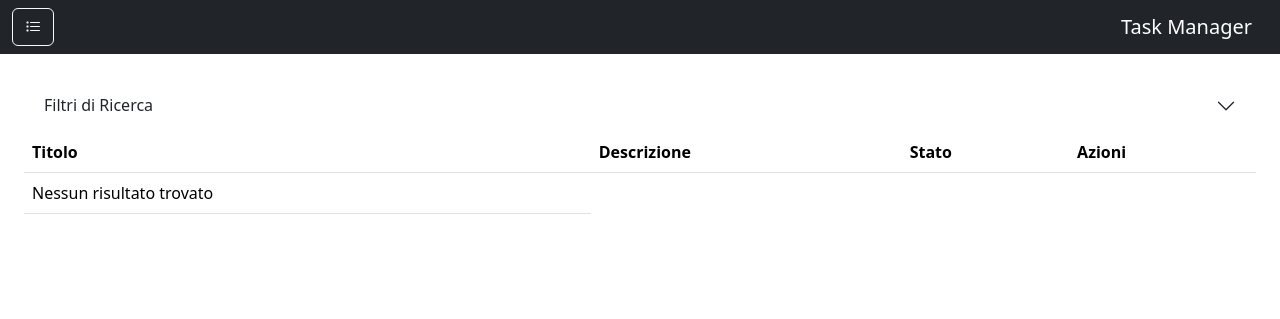
Repository: Barrakude/Angular_Project
Page: /task-list (app in test-finale/)
An editor plug-in stored every save of this project. The page is shown before and after the next save, followed by the edit.
The browser window is 1280 px wide. The pictures show the whole page.
The page's requests for data from a server got no answer. The project was rebuilt for these pictures with package versions that can differ from the ones it lists, and the page was loaded fresh each time. No one was signed in, and anything a server would have sent is missing. Also part of the build but not shown: test-finale/angular.json, test-finale/src/app/features/board/board.component.ts, test-finale/src/app/features/board/doing/doing.component.ts, test-finale/src/app/shared/components/task-card/task-card.component.ts, test-finale/src/app/shared/interfaces/itask.ts, test-finale/src/app/features/board/done/done.component.ts, test-finale/src/app/features/board/todo/todo.component.ts.

Above is the page before, as saved 2025-06-24 10:28:24.

### test-finale/src/index.html
<!doctype html>
<html lang="en">
<head>
  <meta charset="utf-8">
  <title>TaskManagementFe</title>
  <base href="/">
  <meta name="viewport" content="width=device-width, initial-scale=1">
  <link rel="icon" type="image/x-icon" href="favicon.ico">
</head>
<body>
  <tmg-root></tmg-root>
</body>
</html>

### test-finale/src/app/app.config.ts
import { ApplicationConfig, provideZoneChangeDetection } from '@angular/core';
import { provideRouter } from '@angular/router';

import { routes } from './app.routes';
import { provideHttpClient } from '@angular/common/http';

export const appConfig: ApplicationConfig = {
  providers: [
    provideZoneChangeDetection({ eventCoalescing: true }),
    provideRouter(routes),
    provideHttpClient()
  ]
};
// http client lo lascio , vi da errore se non rifate npm i

### test-finale/src/app/app.component.ts
import { Component } from '@angular/core';
import { RouterOutlet } from '@angular/router';
@Component({
  selector: 'tmg-root',
  imports: [
    RouterOutlet,
  ],
  templateUrl: './app.component.html',
  styleUrl: './app.component.scss'
})
export class AppComponent {
  title = 'task-management-fe';
}

### test-finale/src/app/app.routes.ts
import { Routes } from '@angular/router';
import { BoardComponent } from './features/board/board.component';
import { TaskListComponent } from './features/task-list/task-list.component';
import { LayoutComponent } from './core/layout/layout.component';

export const routes: Routes = [

    {
        path:'',
        component:LayoutComponent,
        children:[
            {path:'', redirectTo:'/board',pathMatch:'full'},
            {path:'board', component:BoardComponent},
            {path:'task-list', component:TaskListComponent}
        ]
    },

];

### test-finale/src/app/app.component.html
<!-- mettete le cose vostre vi lascio router outlet , importate tutto poi :)  -->
<router-outlet></router-outlet>

### test-finale/src/app/features/task-list/task-list.component.ts
import { Component, inject, OnInit } from '@angular/core';
import { TaskListService } from '../../shared/services/task-list.service';
import { ITask } from '../../shared/interfaces/itask';
import { take, tap } from 'rxjs';
import { TaskStatusPipe } from '../../shared/pipes/task-status.pipe';
import { FormBuilder, FormControlName, FormGroup, ReactiveFormsModule } from '@angular/forms';

@Component({
  selector: 'tmg-task-list',
  imports: [
    TaskStatusPipe,
    ReactiveFormsModule
  ],
  templateUrl: './task-list.component.html',
  styleUrl: './task-list.component.scss'
})
export class TaskListComponent implements OnInit {

  private readonly _taskService:TaskListService = inject(TaskListService);
  private readonly _fb:FormBuilder = inject(FormBuilder);

  tasks:ITask[]=[];
  filteredTask:ITask[]=[];

  searchForm:FormGroup = this._fb.group({
    title:[''],
    description:[''],
    status:['']
  });

  statusOption = ['todo','doing','done'];

ngOnInit(): void {
  this.getTask();
}


  getTask():void{
    this._taskService.getTasks().pipe(
      take(1),
      tap((data)=>{
        this.tasks = data;
        this.filteredTask = data;
      })
    ).subscribe()
  }

  onSearch():void{
    const formValues = this.searchForm.value;

    this.filteredTask = this.tasks.filter(task=>{
      const titleValue = !formValues.title || task.title.toLowerCase().includes(formValues.title.toLowerCase());

      const descriptionValue = !formValues.description || task.description.toLowerCase().includes(formValues.description.toLowerCase());

      const statusValue = !formValues.status || task.status === formValues.status;

      return titleValue && descriptionValue && statusValue;
    })
  }

  onClear():void{
    this.searchForm.reset();
    this.filteredTask=this.tasks;
  }

}

### test-finale/src/app/core/layout/layout.component.ts
import { Component } from '@angular/core';
import { CommonModule } from '@angular/common';
import { RouterOutlet, RouterLink, RouterLinkActive } from '@angular/router';

@Component({
  selector: 'tmg-layout',
  standalone: true,
  imports: [
    CommonModule,
    RouterOutlet,
    RouterLink,
    RouterLinkActive
  ],
  templateUrl: './layout.component.html',
  styleUrl: './layout.component.scss'
})
export class LayoutComponent {
  sidebarOpen = false;

  toggleSidebar(): void {
    this.sidebarOpen = !this.sidebarOpen;
  }
}

### test-finale/src/app/shared/services/task-list.service.ts
import { HttpClient } from '@angular/common/http';
import { inject, Injectable } from '@angular/core';
import { map, Observable } from 'rxjs';
import { IResponse } from '../interfaces/iresponse';
import { ITask } from '../interfaces/itask';

@Injectable({
  providedIn: 'root'
})
export class TaskListService {


  private readonly _http:HttpClient=inject(HttpClient);
  private readonly url = 'http://localhost:3000/tasks';

  getTasks():Observable<ITask[]>{
    return this._http.get<IResponse<ITask[]>>(this.url).pipe(
      map(({ data }) => data)
    );
  }

  deleteTask(id:number):Observable<ITask>{
    return this._http.delete<IResponse<ITask>>(`${this.url}/${id}`).pipe(
      map(({ data }) => data)
    );
  }

  changeTaskStatus(id: number, status: string): Observable<ITask> {
    return this._http.patch<IResponse<ITask>>(`${this.url}/${id}`, { status }).pipe(
      map(({ data }) => data)
    );
  }

  updateTask(id: number, body: ITask): Observable<ITask> {
    return this._http.patch<IResponse<ITask>>(`${this.url}/${id}`, { body }).pipe(
      map(({ data }) => data)
    );
  }

  createTask(body:ITask): Observable<ITask> {
    return this._http.post<IResponse<ITask>>(this.url, body).pipe(
      map(({ data }) => data)
    );
  }

  detailTask(id:number):Observable<ITask>{
    return this._http.get<IResponse<ITask>>(`${this.url}/${id}`).pipe(
      map(({ data }) => data)
    );
  }

}

### test-finale/src/app/features/task-list/task-list.component.html
<div class="accordion accordion-flush" id="accordionFlushExample">
    <div class="accordion-item">
        <h2 class="accordion-header">
            <button class="accordion-button collapsed" type="button" data-bs-toggle="collapse"
                data-bs-target="#flush-collapseOne" aria-expanded="false">
                Filtri di Ricerca
            </button>
        </h2>
        <div id="flush-collapseOne" class="accordion-collapse collapse" data-bs-parent="#accordionFlushExample">
            <form [formGroup]="searchForm" (ngSubmit)="onSearch()">
                <div class="row">
                    <div class="col-lg-3 col-md-3 mb-3">
                        <label for="title" class="form-label">Titolo</label>
                        <input type="text" class="form-control" id="title" formControlName="title">
                    </div>
                    <div class="col-lg-4 col-md-4 mb-3">
                        <label for="description" class="form-label">Descrizione</label>
                        <input type="textarea" class="form-control" id="description" formControlName="description">
                    </div>
                    <div class="col-lg-3 col-md-3 mb-3">
                        <label for="status" class="form-label">Stato</label>
                        <select class="form-select" id="status" formControlName="status">
                            <option selected>Seleziona Stato</option>
                            @for (status of statusOption; track status) {
                            <option value="{{status}}">{{status | taskStatus}}</option>
                            }
                        </select>
                    </div>

                </div>
                <div class="d-flex gap-2 justify-content-end">
                    <button type="submit" class="btn btn-danger" (click)="onClear()">Cancella</button>
                    <button type="submit" class="btn btn-primary">Cerca</button>
                </div>
            </form>
        </div>
    </div>
</div>
<table class="table">
    <thead>
        <tr>
            <th scope="col">Titolo</th>
            <th scope="col">Descrizione</th>
            <th scope="col">Stato</th>
            <th scope="col">Azioni</th>
        </tr>
    </thead>
    <tbody>
        @for (task of filteredTask; track $index) {
        <tr>
            <th scope="row">{{task.title}}</th>
            <td>{{task.description}}</td>
            <td>{{task.status | taskStatus}}</td>
            <td>
                @if(task.status === 'todo' || task.status === 'doing' ){
                <a type="button">
                    <i class="bi bi-pencil"></i>
                </a>
                }
                <i class="bi bi-trash"></i>
            </td>
        </tr>
        } @empty {
            <tr>
                <td>
                    Nessun risultato trovato
                </td>
            </tr>

        }
    </tbody>
</table>

### test-finale/src/app/shared/pipes/task-status.pipe.ts
import { Pipe, PipeTransform } from '@angular/core';

@Pipe({
  name: 'taskStatus'
})
export class TaskStatusPipe implements PipeTransform {

  transform(value: string, ...args: unknown[]): string {
    switch(value.toLowerCase()){
      case 'todo':
        return 'Da fare';
      case 'doing':
        return 'In lavorazione';
      case 'done':
        return 'Completato';
      default:
        return value;
    }
  }

}

### test-finale/src/app/core/layout/layout.component.html
<div class="d-flex flex-column vh-100">
    <!-- Navbar -->
    <nav class="navbar navbar-expand-lg navbar-dark bg-dark fixed-top">
        <div class="container-fluid">
            <button class="btn btn-outline-light me-3" type="button" (click)="toggleSidebar()">
                <i class="bi bi-list-task"></i>
            </button>
            <span class="navbar-brand mb-0 h1">Task Manager</span>
        </div>
    </nav>

    <!-- Sidebar -->
    <div class="offcanvas offcanvas-start" [class.show]="sidebarOpen" tabindex="-1" style="top: 56px; height: calc(100vh - 56px);">
        <div class="offcanvas-body p-0">
            <ul class="list-group list-group-flush">
                <li class="list-group-item border-0">
                    <a routerLink="/board" routerLinkActive="active" class="nav-link text-dark">
                        <i class="fas fa-columns me-2"></i>
                        Board
                    </a>
                </li>
                <li class="list-group-item border-0">
                    <a routerLink="/task-list" routerLinkActive="active" class="nav-link text-dark">
                        <i class="fas fa-list-ul me-2"></i>
                        Task List
                    </a>
                </li>
            </ul>
        </div>
    </div>

    <!-- Main Content -->
    <main class="flex-grow-1" [style.margin-left.px]="sidebarOpen ? 250 : 0" style="margin-top: 56px; transition: margin-left 0.3s ease;">
        <div class="container-fluid p-4">
            <router-outlet></router-outlet>
        </div>
    </main>
</div>

<style>
.offcanvas {
    width: 250px !important;
    transition: transform 0.3s ease;
}

.nav-link.active {
    background-color: #0d6efd !important;
    color: white !important;
    border-radius: 0.375rem;
    margin: 0 10px;
}

@media (max-width: 768px) {
    main {
        margin-left: 0 !important;
    }
}
</style>

Loaded but not shown: test-finale/src/styles.scss (common file); test-finale/src/main.ts (common file); test-finale/src/app/app.component.scss (no stored copy; drawn as an empty file); test-finale/src/app/core/layout/layout.component.scss (no stored copy; drawn as an empty file); test-finale/src/app/features/task-list/task-list.component.scss (no stored copy; drawn as an empty file)

After the next save:
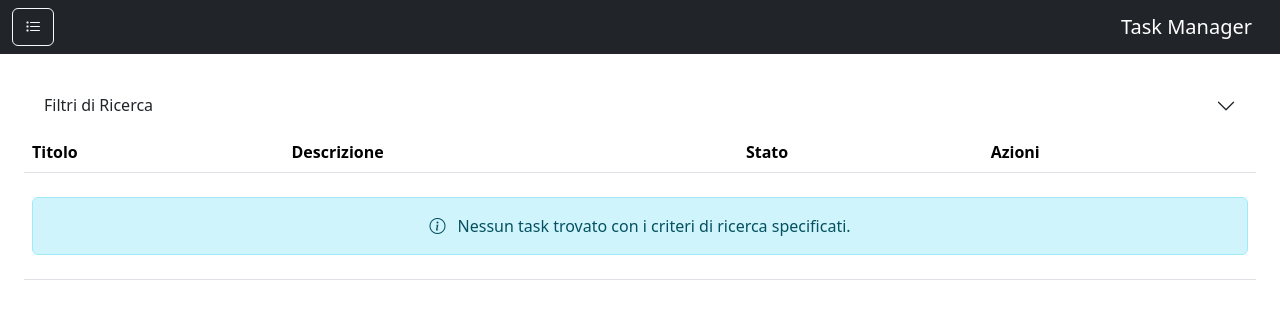
Saved 26 s later.
--- a/test-finale/src/app/features/task-list/task-list.component.html
+++ b/test-finale/src/app/features/task-list/task-list.component.html
@@ -62,9 +62,12 @@
         </tr>
         } @empty {
             <tr>
-                <td>
-                    Nessun risultato trovato
-                </td>
+                <td colspan="4" class="text-center py-4">
+                <div class="alert alert-info mb-0">
+                    <i class="bi bi-info-circle me-2"></i>
+                    Nessun task trovato con i criteri di ricerca specificati.
+                </div>
+            </td>
             </tr>
 
         }
